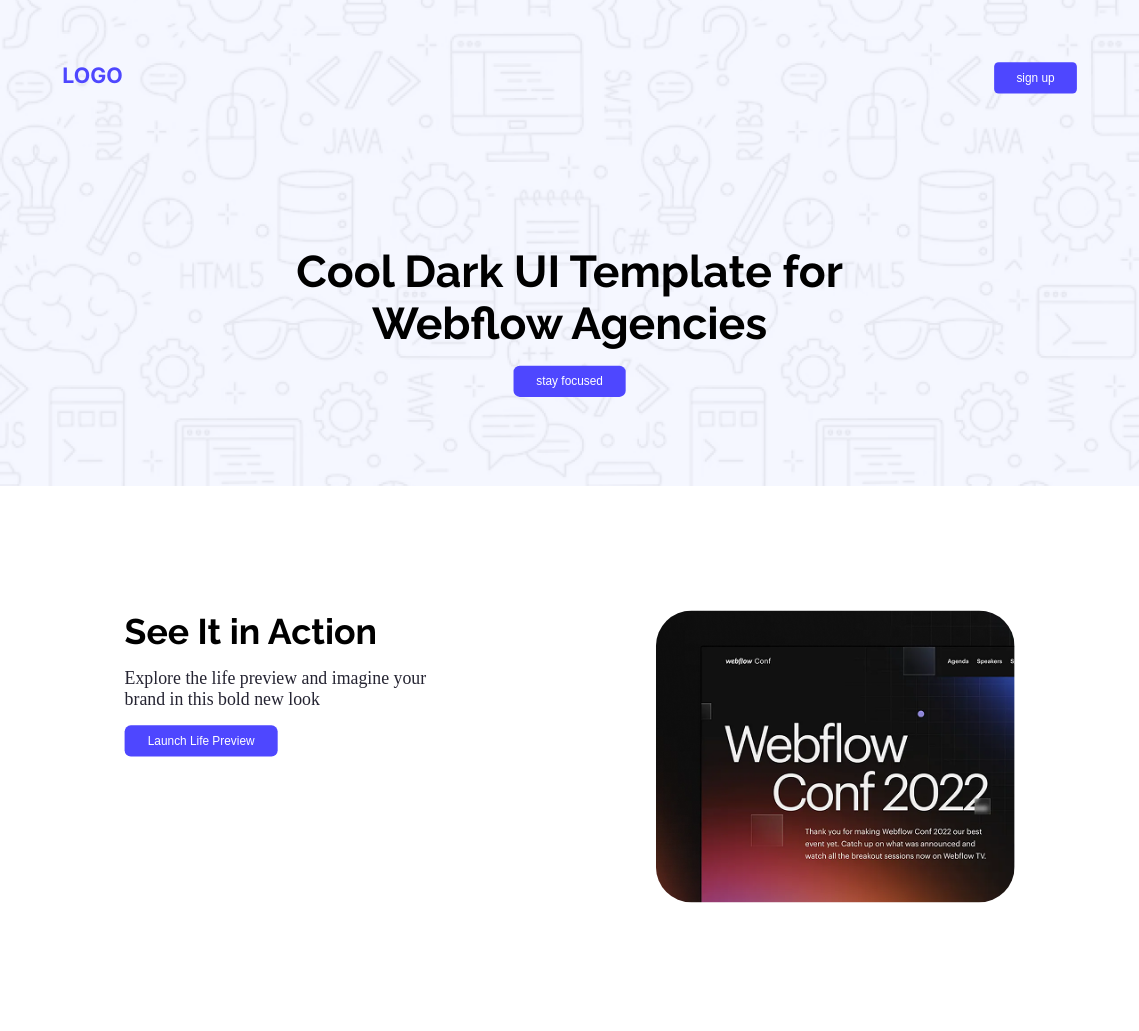
Repository: dollyrakhe22/landing-launchpad
Page: index.html
These files come from the project's save history. The page is drawn as it stood at one moment and after the next save; the edit follows.
The browser window is 1280 px wide. The pictures show the whole page, at 89% of full size.

Above is the page before, as saved 2025-07-11 00:35:21.

After the next save:
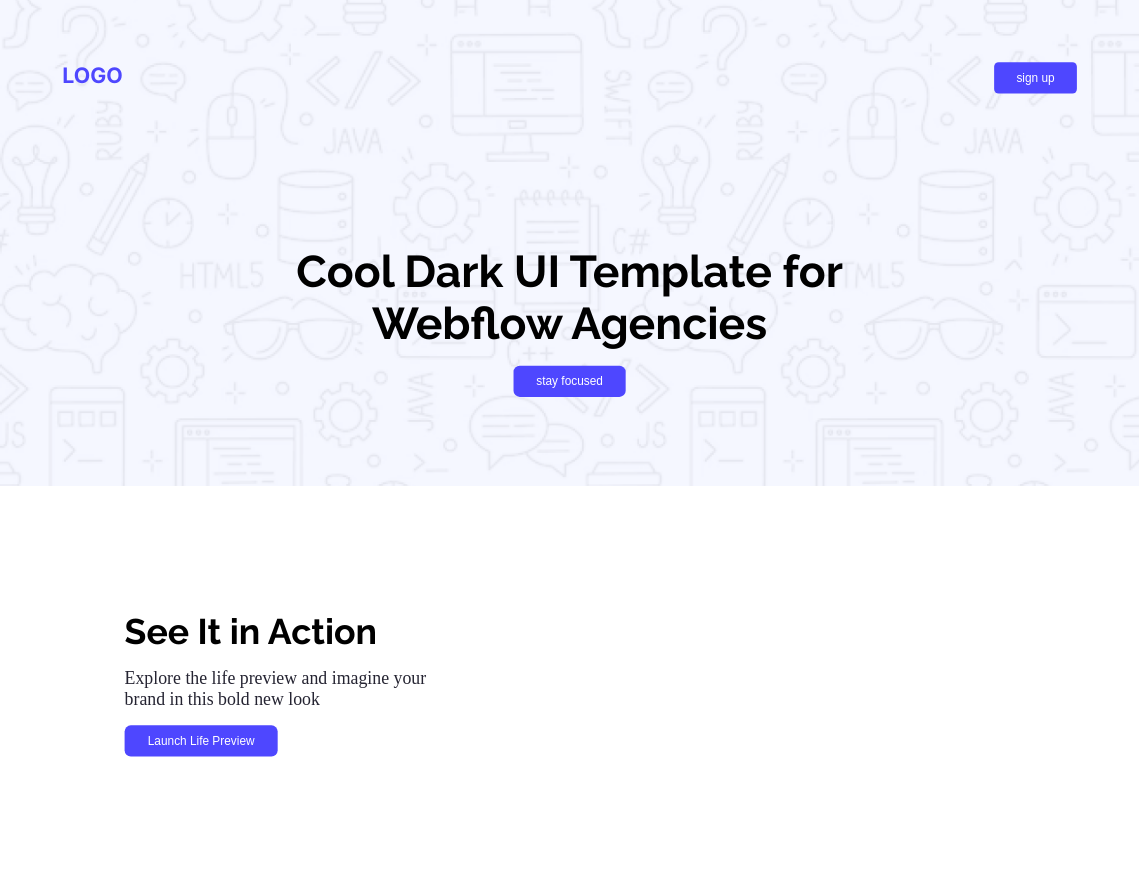
Saved 62 s later.
--- a/style.css
+++ b/style.css
@@ -74,5 +74,6 @@
 }
 .section-1 img{
     border-radius: 40px;
-    weight: 30px;
+    height: 0px;
+    weight: 100px;
 }

After the save that followed:
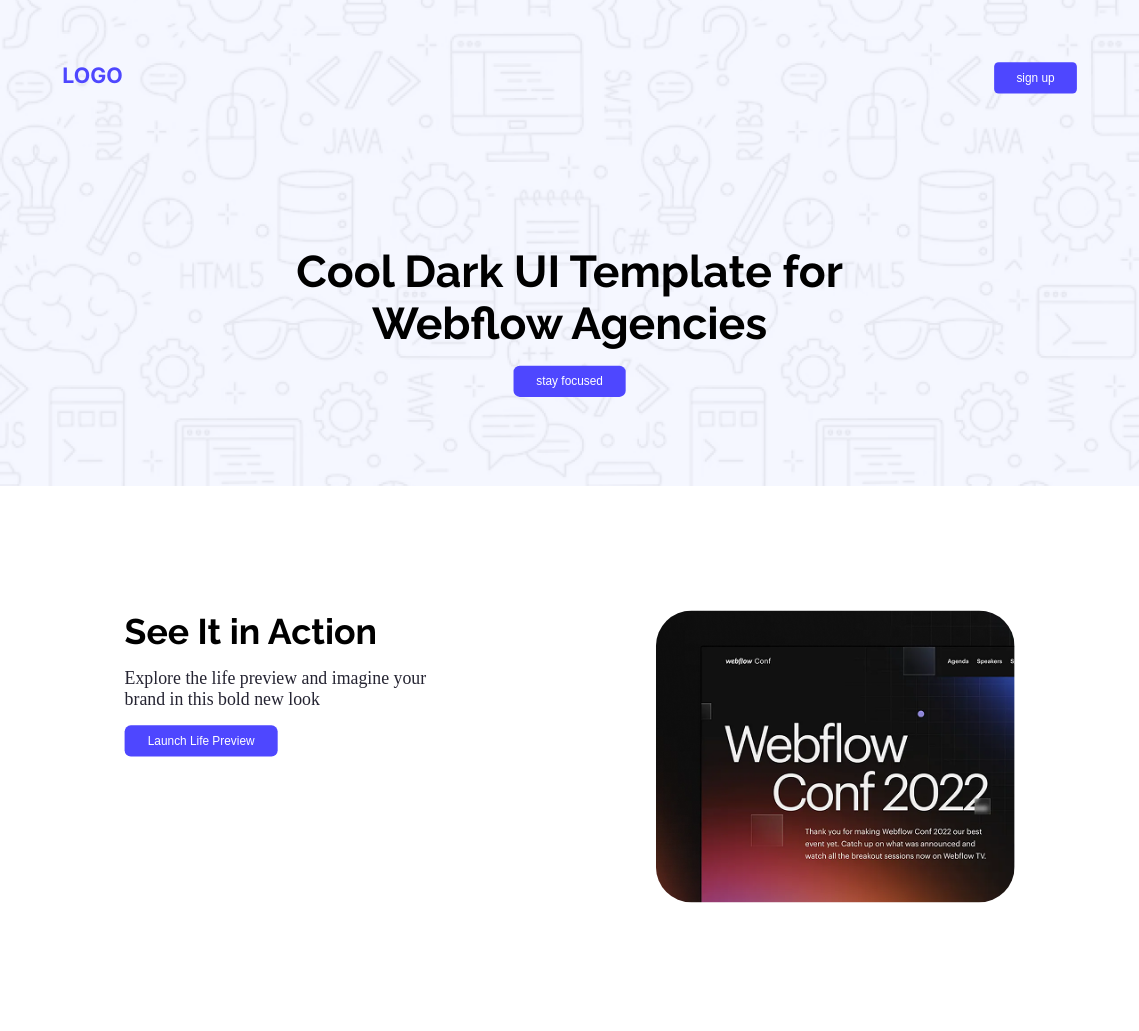
Saved 30 s later.
--- a/style.css
+++ b/style.css
@@ -74,6 +74,6 @@
 }
 .section-1 img{
     border-radius: 40px;
-    height: 0px;
+
     weight: 100px;
 }
